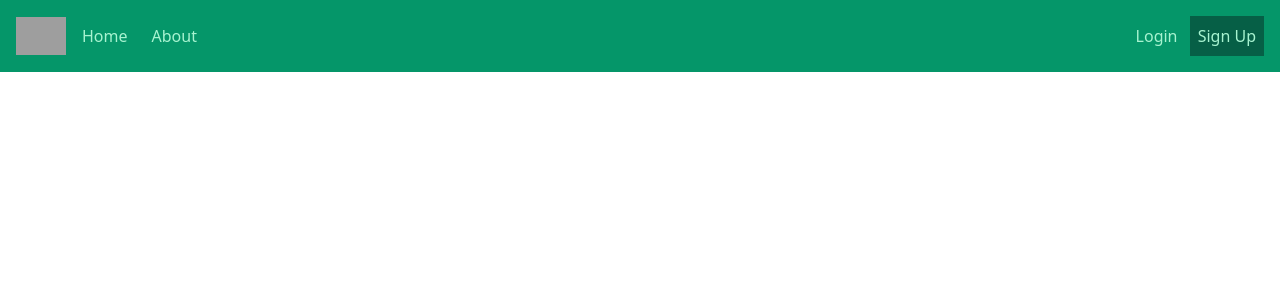
Repository: DaNiels89/tailwind-stawberries
Page: index.html
The author's editor kept a copy of each file at every save. The page is drawn from the files as they stood at one save, then again after the next save.
The browser window is 1280 px wide. The pictures show the whole page.
Pictures or frames that could not be fetched are drawn as grey boxes.

Above is the page before, as saved 2020-08-24 13:25:51.

### index.html
<!DOCTYPE html>
<html lang="en">
  <head>
    <meta charset="UTF-8" />
    <meta name="viewport" content="width=device-width, initial-scale=1.0" />
    <title>Website with Tailwind</title>
    <link
      href="https://unpkg.com/tailwindcss@^1.0/dist/tailwind.min.css"
      rel="stylesheet"
    />
  </head>
  <body>
    <header class="bg-green-600 p-4">
      <nav class="flex justify-between items-center">
        <div class="flex items-center">
          <img
            src="img/strawberry.png"
            alt="Mountain logo"
            class="mr-2"
            width="50"
          />
          <a
            href="#"
            class="inline-block p-2 text-green-200 hover:text-green-100 mr-2"
            >Home</a
          >
          <a
            href="#"
            class="inline-block p-2 text-green-200 hover:text-green-100"
            >About</a
          >
        </div>
        <div class="">
          <a href="#" class="inline-block p-2 text-green-200">Login</a>
          <a href="#" class="inline-block p-2 text-green-200 bg-green-800"
            >Sign Up</a
          >
        </div>
      </nav>
    </header>
    <main class=""></main>
    <footer class=""></footer>
  </body>
</html>

After the next save:
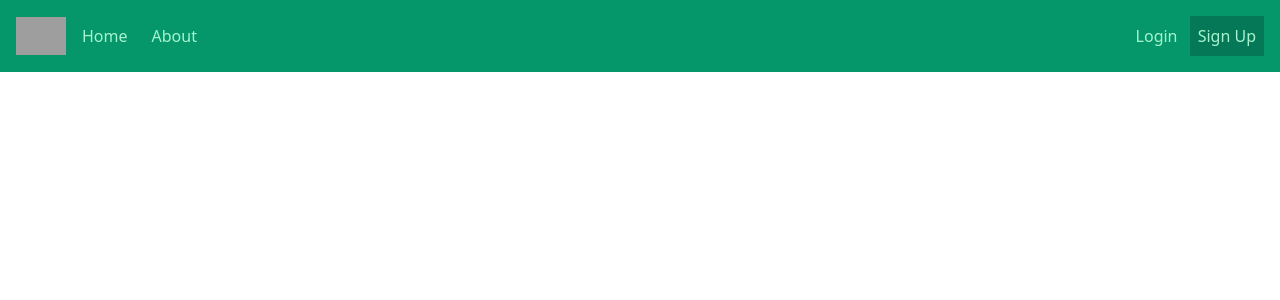
Saved 5 s later.
--- a/index.html
+++ b/index.html
@@ -32,7 +32,7 @@
         </div>
         <div class="">
           <a href="#" class="inline-block p-2 text-green-200">Login</a>
-          <a href="#" class="inline-block p-2 text-green-200 bg-green-800"
+          <a href="#" class="inline-block p-2 text-green-200 bg-green-700"
             >Sign Up</a
           >
         </div>
